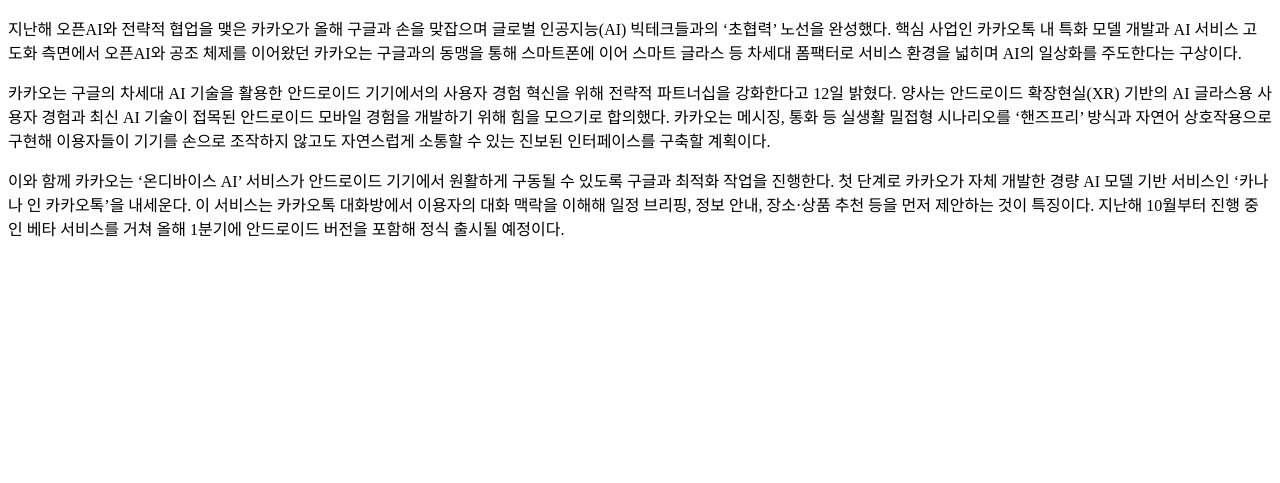
Repository: HongTaeHun337/HTML-CSS-JavaScript-
Page: html/HtmlTest/src/main/webapp/ex07_p.html
The author's editor kept a copy of each file at every save. The page is drawn from the files as they stood at one save, then again after the next save.
The browser window is 1280 px wide. The pictures show the whole page.

Above is the page before, as saved 2026-02-13 00:13:20.

### html/HtmlTest/src/main/webapp/ex07_p.html
<!DOCTYPE html>
<html>
<head>
<meta charset="UTF-8">
<title>Insert title here</title>
</head>
<body>
	<!-- ex07_p.html -->
	<!--

		<p>, paragragh
		- 문단 태그
		- 텍스트 집합
		- 쌍태그, 혼합형

		<p align="center">

		<font>
		- 텍스트 서식
		- 쌍태그, 혼합형

	 -->

<p>지난해 오픈AI와 전략적 협업을 맺은 카카오가 올해 구글과 손을 맞잡으며 글로벌 인공지능(AI) 빅테크들과의 ‘초협력’ 노선을 완성했다. 핵심 사업인 카카오톡 내 특화 모델 개발과 AI 서비스 고도화 측면에서 오픈AI와 공조 체제를 이어왔던 카카오는 구글과의 동맹을 통해 스마트폰에 이어 스마트 글라스 등 차세대 폼팩터로 서비스 환경을 넓히며 AI의 일상화를 주도한다는 구상이다.</p>

<p align="justify">카카오는 구글의 차세대 AI 기술을 활용한 안드로이드 기기에서의 사용자 경험 혁신을 위해 전략적 파트너십을 강화한다고 12일 밝혔다. 양사는 안드로이드 확장현실(XR) 기반의 AI 글라스용 사용자 경험과 최신 AI 기술이 접목된 안드로이드 모바일 경험을 개발하기 위해 힘을 모으기로 합의했다. 카카오는 메시징, 통화 등 실생활 밀접형 시나리오를 ‘핸즈프리’ 방식과 자연어 상호작용으로 구현해 이용자들이 기기를 손으로 조작하지 않고도 자연스럽게 소통할 수 있는 진보된 인터페이스를 구축할 계획이다.</p>

<p>이와 함께 카카오는 ‘온디바이스 AI’ 서비스가 안드로이드 기기에서 원활하게 구동될 수 있도록 구글과 최적화 작업을 진행한다. 첫 단계로 카카오가 자체 개발한 경량 AI 모델 기반 서비스인 ‘카나나 인 카카오톡’을 내세운다. 이 서비스는 카카오톡 대화방에서 이용자의 대화 맥락을 이해해 일정 브리핑, 정보 안내, 장소·상품 추천 등을 먼저 제안하는 것이 특징이다. 지난해 10월부터 진행 중인 베타 서비스를 거쳐 올해 1분기에 안드로이드 버전을 포함해 정식 출시될 예정이다.</p>


</body>
</html>

After the next save:
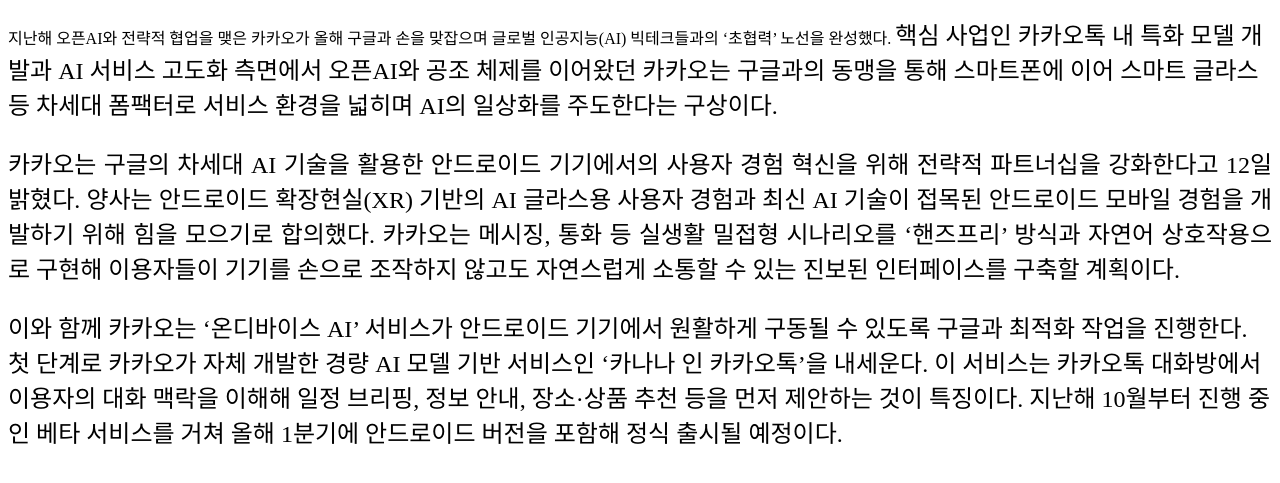
Saved 3 min 11 s later.
--- a/html/HtmlTest/src/main/webapp/ex07_p.html
+++ b/html/HtmlTest/src/main/webapp/ex07_p.html
@@ -13,15 +13,23 @@
 		- 텍스트 집합
 		- 쌍태그, 혼합형
 
-		<p align="center">
+		p.align
 
 		<font>
 		- 텍스트 서식
 		- 쌍태그, 혼합형
 
+		font.size
+		- 1~7
+
+		font.face
+
+		font.color
+
 	 -->
 
-<p>지난해 오픈AI와 전략적 협업을 맺은 카카오가 올해 구글과 손을 맞잡으며 글로벌 인공지능(AI) 빅테크들과의 ‘초협력’ 노선을 완성했다. 핵심 사업인 카카오톡 내 특화 모델 개발과 AI 서비스 고도화 측면에서 오픈AI와 공조 체제를 이어왔던 카카오는 구글과의 동맹을 통해 스마트폰에 이어 스마트 글라스 등 차세대 폼팩터로 서비스 환경을 넓히며 AI의 일상화를 주도한다는 구상이다.</p>
+<p>지난해 오픈AI와 전략적 협업을 맺은 카카오가 올해 구글과 손을 맞잡으며 글로벌 인공지능(AI) 빅테크들과의 ‘초협력’ 노선을 완성했다.
+<font size = "5">핵심 사업인 카카오톡 내 특화 모델 개발과 AI 서비스 고도화 측면에서 오픈AI와 공조 체제를 이어왔던 카카오는 구글과의 동맹을 통해 스마트폰에 이어 스마트 글라스 등 차세대 폼팩터로 서비스 환경을 넓히며 AI의 일상화를 주도한다는 구상이다.</p>
 
 <p align="justify">카카오는 구글의 차세대 AI 기술을 활용한 안드로이드 기기에서의 사용자 경험 혁신을 위해 전략적 파트너십을 강화한다고 12일 밝혔다. 양사는 안드로이드 확장현실(XR) 기반의 AI 글라스용 사용자 경험과 최신 AI 기술이 접목된 안드로이드 모바일 경험을 개발하기 위해 힘을 모으기로 합의했다. 카카오는 메시징, 통화 등 실생활 밀접형 시나리오를 ‘핸즈프리’ 방식과 자연어 상호작용으로 구현해 이용자들이 기기를 손으로 조작하지 않고도 자연스럽게 소통할 수 있는 진보된 인터페이스를 구축할 계획이다.</p>
 
